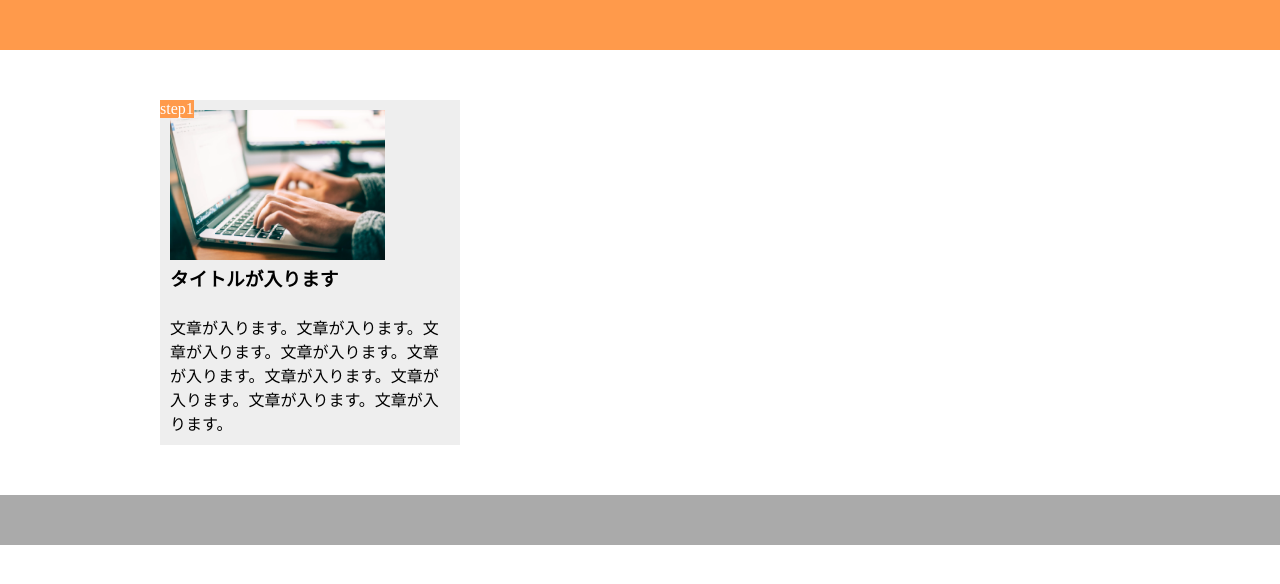
Repository: nashiworio1011/git-kadi1
Page: ennsyuu/chapter9.html
The author's editor kept a record of every edit. The page is drawn from the files as they stood at one moment, then again after the next edit.
The browser window is 1280 px wide. The pictures show the whole page.

Above is the page before.

### ennsyuu/chapter9.html
<!DOCTYPE html>
<html lang="ja">
  <head>
    <meta charset="UTF-8" >
    <link rel="stylesheet" href="chapter9.css" />
    <title>９章演習</title>
  </head>

  <body>
    <header></header>
    <main>
      <section class="stepbox">
        <div class="step-num">step1</div>
        <img class="step-img1" src="img/flow01.png">
        <h3>タイトルが入ります</h3>
      　<p>文章が入ります。文章が入ります。文章が入ります。文章が入ります。文章が入ります。文章が入ります。文章が入ります。文章が入ります。文章が入ります。</p>
      </section>
    </main>
    <footer></footer>
  </body>
 </html>

### ennsyuu/chapter9.css
* {
  margin: 0;
  padding: 0;
  box-sizing: border-box;
}

header {
  height: 50px;
  background-color: #ff9a4b;
}

main {
  width: 960px;
  margin: 50px auto;
  display: flex;
}

.stepbox {
  width: 300px;
  margin-right: 30px;
  padding: 10px;
  position: relative;
  background-color: #eee;
}

.stepbox:last-child {
  margin-right: 0;
}

.step-img1 {
  height: 150px;
  background-image: url(img/flow01.png);
  background-position: bottom;
  background-size: cover;
}

.step-img2 {
  height: 150px;
  background-image: url(img/flow02.png);
  background-position: bottom;
  background-size: cover;
}

.step-img3 {
  height: 150px;
  background-image: url(img/flow03.png);
  background-position: bottom;
  background-size: cover;
}

.step-num {
  position: absolute;
  top: 0;
  left: 0;
  background-color: #ff9a4b;
  color: #fff;
}

.title {
  margin: 15px 0 5px;
}

footer {
  height: 50px;
  background-color: #aaa;
}

@media screen and (max-width: 768px) {
  header {
    width: 100%;
  }

  main {
    width: 90%;
    margin-top: 50px;
    display: block;
  }

  .stepbox {
   width: 100%;
   margin-bottom: 20px;
   padding: 10px;
   position: relative;
  }

  footer {
    width: 100%;
  }
}

After the next edit:
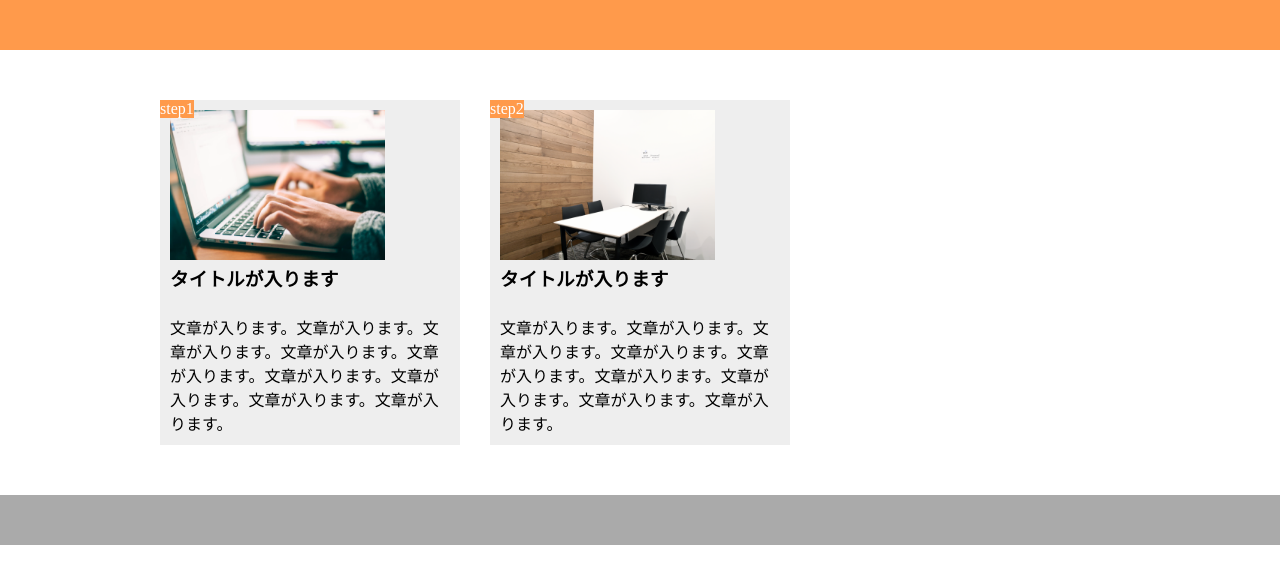
The edit:
--- a/ennsyuu/chapter9.html
+++ b/ennsyuu/chapter9.html
@@ -15,6 +15,12 @@
         <h3>タイトルが入ります</h3>
       　<p>文章が入ります。文章が入ります。文章が入ります。文章が入ります。文章が入ります。文章が入ります。文章が入ります。文章が入ります。文章が入ります。</p>
       </section>
+      <section class="stepbox">
+        <div class="step-num">step2</div>
+        <img class="step-img2" src="img/flow02.png">
+        <h3>タイトルが入ります</h3>
+      　<p>文章が入ります。文章が入ります。文章が入ります。文章が入ります。文章が入ります。文章が入ります。文章が入ります。文章が入ります。文章が入ります。</p>
+      </section>
     </main>
     <footer></footer>
   </body>
